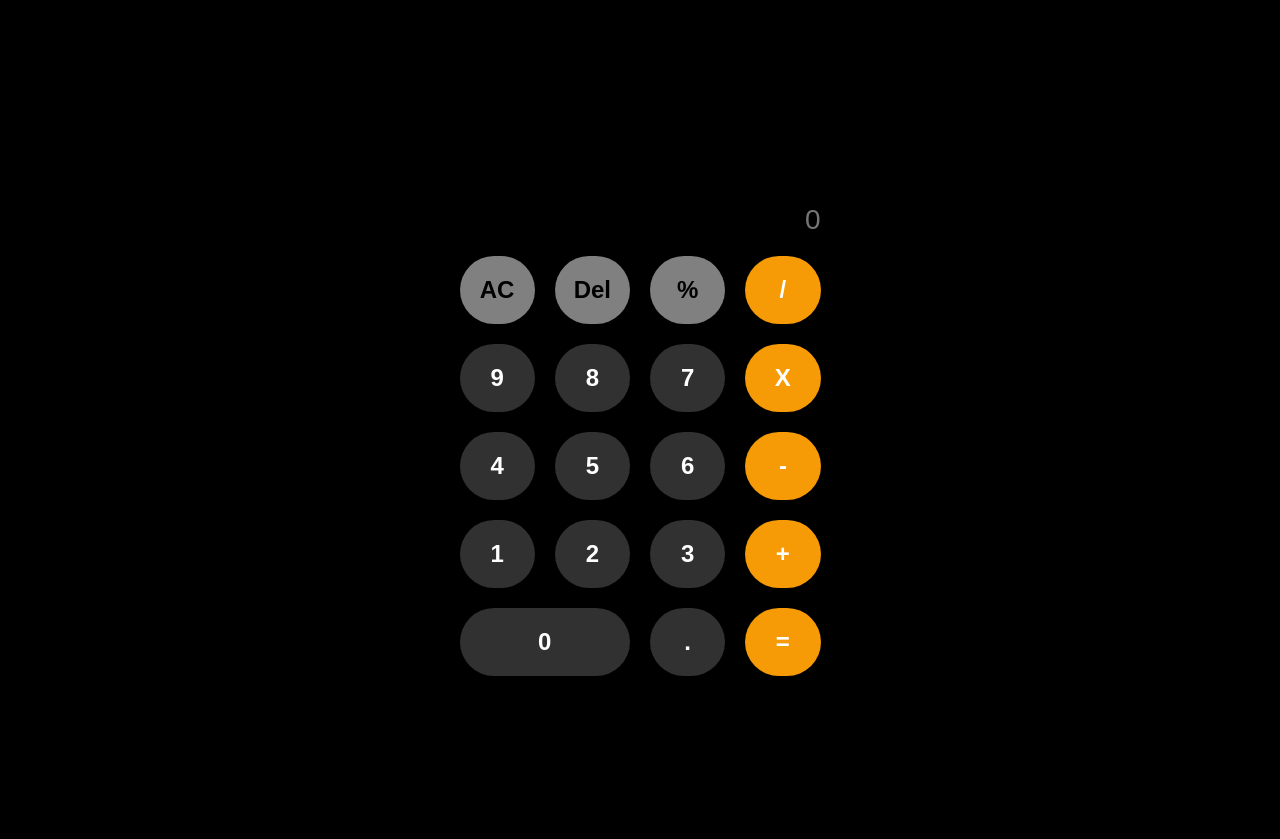
Repository: ble-syn/reactCalculator
Page: /
The author's editor kept a copy of each file at every save. The page is drawn from the files as they stood at one save, then again after the next save.
The browser window is 1280 px wide. The pictures show the whole page.
The pointer rests on the first visible `.yellow`.
The project was rebuilt for these pictures with package versions that can differ from the ones it lists, and the page was loaded fresh each time.

Above is the page before, as saved 2022-10-06 21:21:54.

### src/index.css
*{
  margin: 0;
  box-sizing: border-box;
}

body{
  display: flex;
  justify-content: center;
  align-items: center;
  flex-direction: column;
  background-color: #000;
  color: #fff;
  margin: 12% auto;
}
.container {
  max-width: 1200px;
  padding: 10px;
}
#calculator-display {
  border: none;
  width: 100%;
  text-align: right;
  font-size: 28px;
  padding: 50px 10px 10px;
  color: #fff;
  background-color: #000;
}

.calculator-keys{
  display: grid;
  grid-template-columns: repeat(4, 1fr);
  grid-gap: 20px;
  margin: 10px;
}
button {
  padding: 20px 15px;
  display: grid;
  place-items: center;
  outline: none;
  border-radius: 50px;
  font-weight: 700;
  border: none;
  color: #fff;
  background-color: #313131;
  font-size: 24px;
  cursor: pointer;
}
button:hover {
  background-color: #D1D1D1;
}
.zero {
  grid-column: 1/3;
}
.gray {
  background-color: gray;
  color: #000;
}
.yellow {
  background-color: #F69A06;
}
.yellow:hover {
  background-color: #F69A06;
}

### src/App.js
import {useState} from "react";

function App() {
  const [numDisplay, setNumDisplay] = useState("")

const numClick = (event) => {
      event.preventDefault()
      let value = event.target.value
      setNumDisplay(numDisplay + value)
}


const deleteNum = () => {
  setNumDisplay(numDisplay.slice(0, -1))
}
const reset = () => {
  setNumDisplay("")
}
const percent = () => {
  setNumDisplay(numDisplay / 100)
}
const equals = () => {
  setNumDisplay(eval(numDisplay))
}

  return (
    <main id="container">
      <div class="calculator">
          <div><input id="calculator-display" type="text" placeholder="0" value={numDisplay} /></div>

          <div class="calculator-keys">
              <button onClick={reset} value=" " class="gray">AC</button>
              <button onClick={deleteNum} value="" class="gray">Del</button>
              <button onClick={percent} value="%" class="gray">%</button>
              <button onClick={numClick} value="/" class="yellow">/</button>
              <button onClick={numClick} value="9">9</button>
              <button onClick={numClick} value="8">8</button>
              <button onClick={numClick} value="7" >7</button>
              <button onClick={numClick} value="*" class="yellow">X</button>
              <button onClick={numClick} value="4">4</button>
              <button onClick={numClick} value="5">5</button>
              <button onClick={numClick} value="6">6</button>
              <button onClick={numClick} value="-" class= "yellow">-</button>
              <button onClick={numClick} value="1">1</button>
              <button onClick={numClick} value="2">2</button>
              <button onClick={numClick} value="3">3</button>
              <button onClick={numClick} value="+" class="yellow">+</button>
              <button onClick={numClick} value="0" class="zero" >0</button>
              <button onClick={numClick} value="." data-action="decimal">.</button>
              <button onClick={equals} value="=" class="yellow">=</button>
          </div>
      </div>
    </main>
  )
}

export default App;

Loaded but not shown: public/index.html (common file); src/index.js (common file); src/reportWebVitals.js (common file); public/manifest.json (common file)

After the next save:
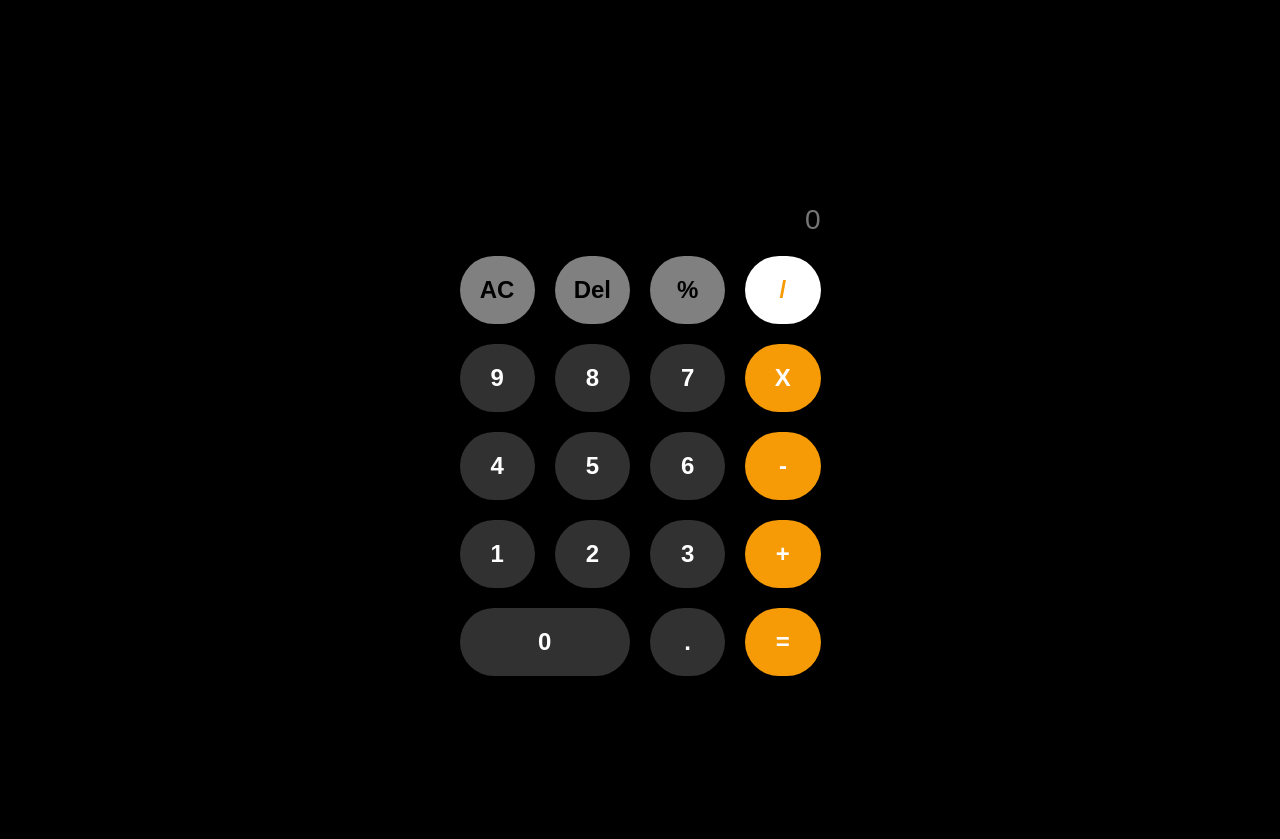
Saved 39 s later.
--- a/src/index.css
+++ b/src/index.css
@@ -59,5 +59,6 @@ button:hover {
   background-color: #F69A06;
 }
 .yellow:hover {
-  background-color: #F69A06;
+  background-color: #ffffff;
+  color: #F69A06;
 }
